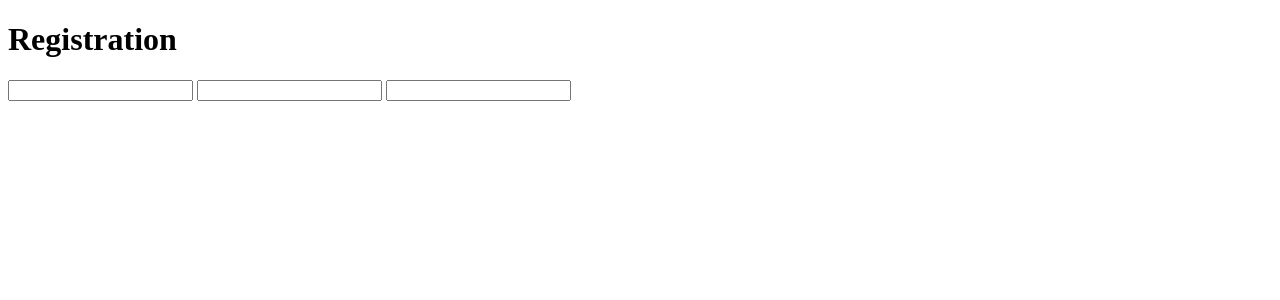
Repository: almastrutt/lidiflu-renewable-energy
Page: registration.html
The author's editor kept a record of every edit. The page is drawn from the files as they stood at one moment, then again after the next edit.
The browser window is 1280 px wide. The pictures show the whole page.

Above is the page before.

After the next edit:
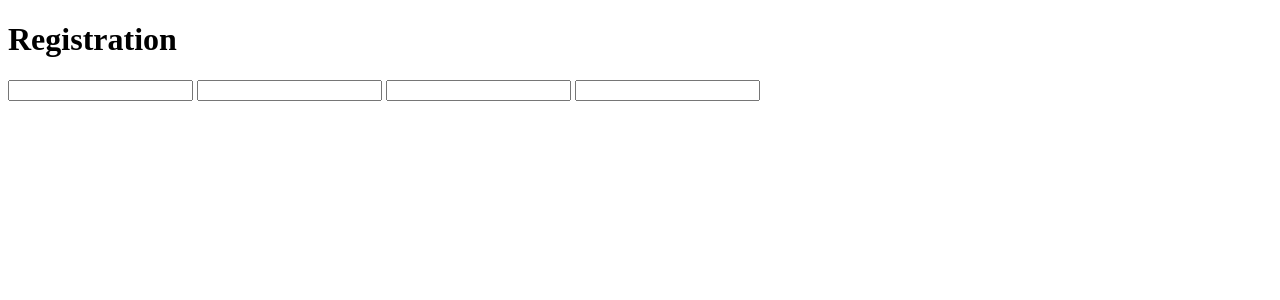
The edit:
--- a/registration.html
+++ b/registration.html
@@ -11,7 +11,10 @@
         <form>
             <input type="text">
             <input type="email">
-            <input type="password"
+            <input type="password">
+
+            <input type="textarea" name="textarea">
+
         </form>
 
     </body>
